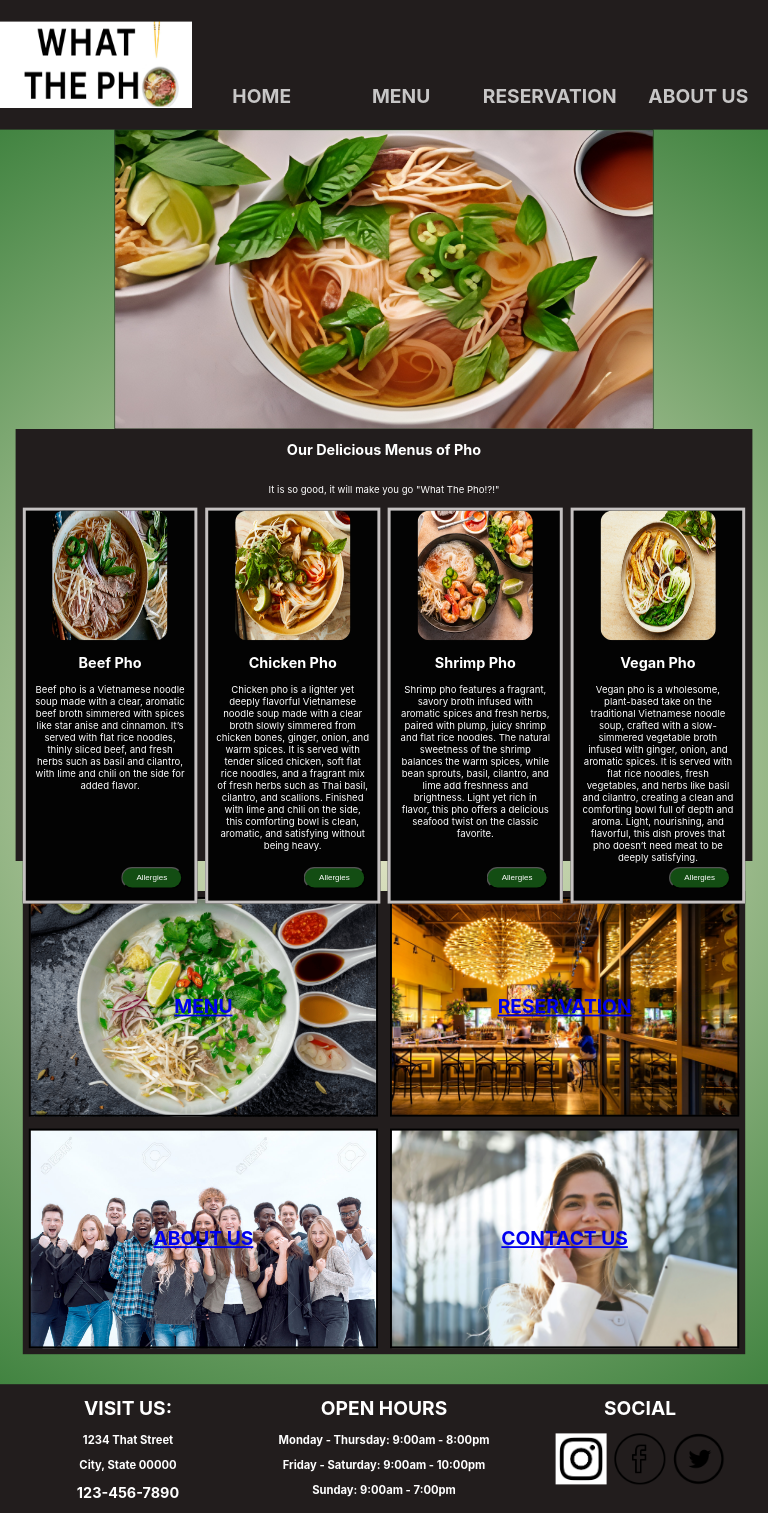
Repository: NguyenkhDang/Restaurant-Website
Page: /
These files come from the project's save history. The page is drawn as it stood at one moment and after the next save; the edit follows.
The browser window is 1280 px wide. The page is 1280 px wide, then 1294 px, so the pictures cover 1294 px, including what lies to the right of the window. The pictures show the whole page, at 60% of full size.
The project was rebuilt for these pictures with package versions that can differ from the ones it lists, and the page was loaded fresh each time. Also part of the build but not shown: src/Pages/MenuPage.js, src/CSS/ReservationForm.css, src/ReservationForm.js, src/Pages/ReservationPage.js, src/CSS/AboutUs.css, src/Pages/AboutUsPage.js, src/CSS/ContactUs.css, src/Pages/ContactUsPage.js.

Above is the page before, as saved 2026-01-18 22:00:12.

After the next save:
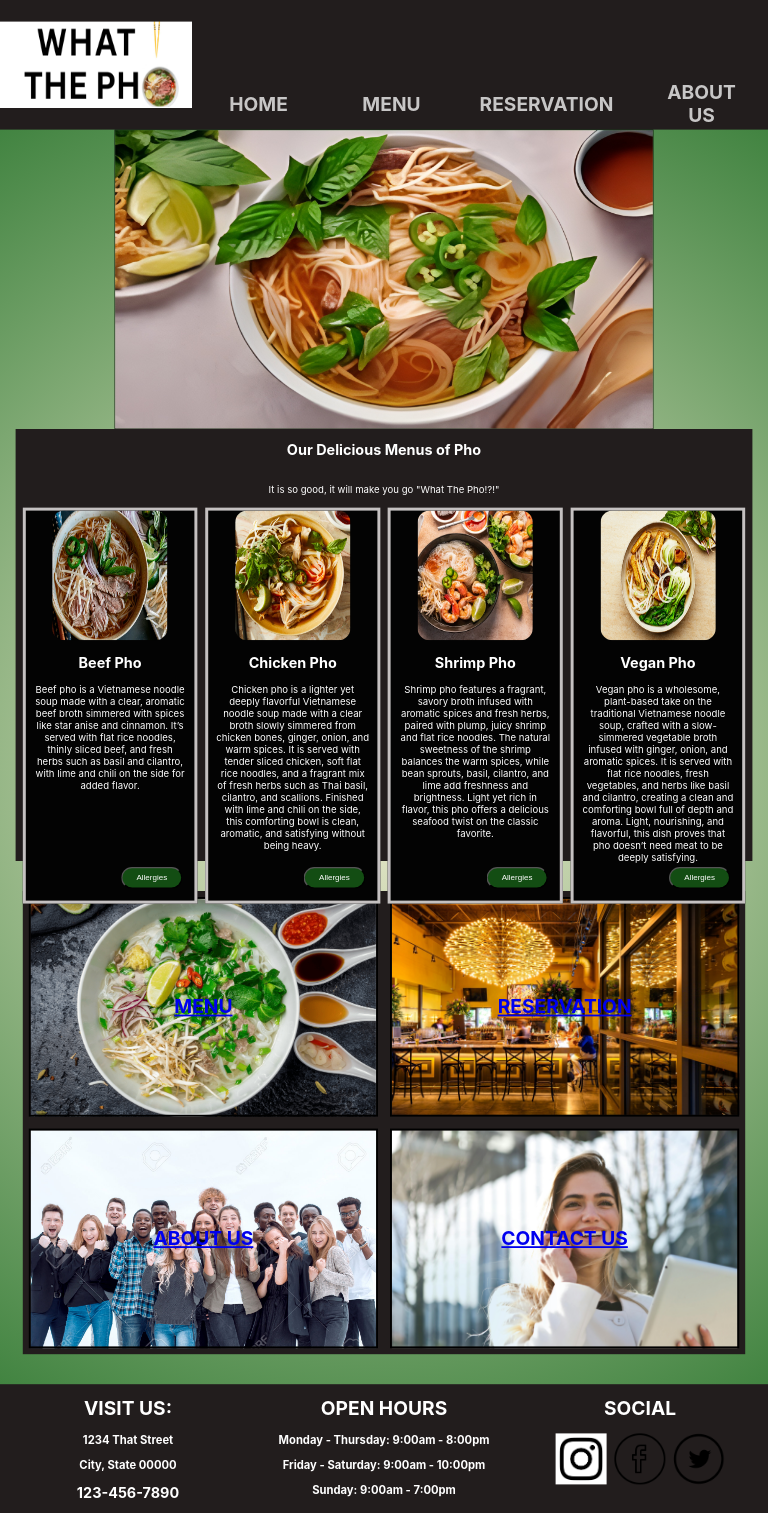
Saved 6 s later.
--- a/src/CSS/NavigationBar.css
+++ b/src/CSS/NavigationBar.css
@@ -37,7 +37,6 @@ li a{
   text-transform: uppercase;
   text-decoration: none;
   color: #ffffff;
-  padding: 20px 0px;
   margin: 5vh 20px;
   display: inline-block;
   position: relative;
